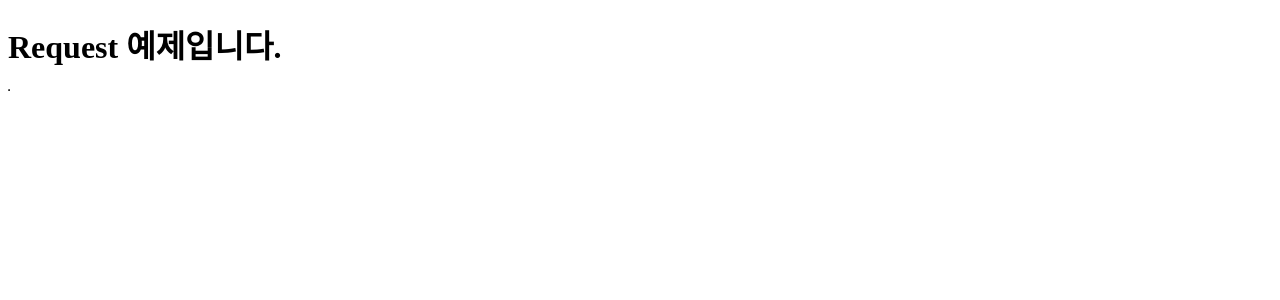
Repository: hyeri-seo/JSP
Page: http://localhost/JspExam5/requestTest1.jsp
An editor plug-in stored every save of this project. The page is shown before and after the next save, followed by the edit.
The browser window is 1280 px wide. The pictures show the whole page.
The page is served by Tomcat 9. Other server files are loaded and not shown.

Above is the page before, as saved 2023-09-20 03:41:33.

### JspExam5/src/main/webapp/requestTest1.jsp
<%@ page language="java" contentType="text/html; charset=UTF-8"
    pageEncoding="UTF-8"%>
<!DOCTYPE html>
<html>
<head>
<meta charset="UTF-8">
<title>Insert title here</title>
</head>
<body>
<h1>Request 예제입니다.</h1>
<table border="1" style="width:'400px'">
</table>
</body>
</html>

After the next save:
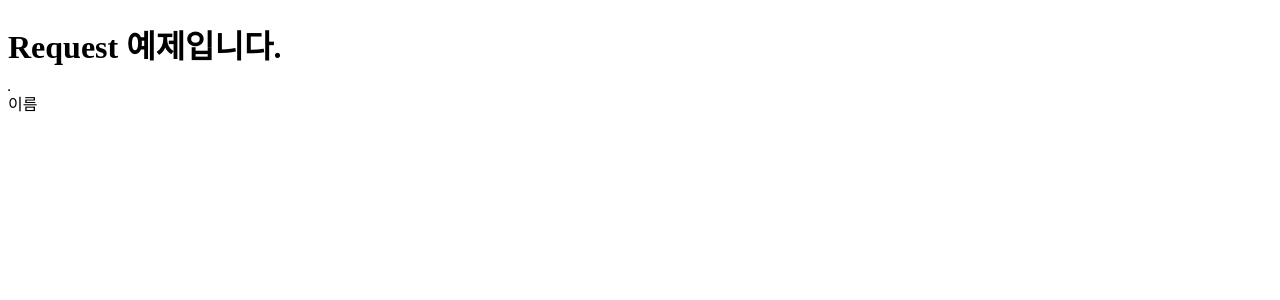
Saved 32 s later.
--- a/JspExam5/src/main/webapp/requestTest1.jsp
+++ b/JspExam5/src/main/webapp/requestTest1.jsp
@@ -10,5 +10,9 @@
 <h1>Request 예제입니다.</h1>
 <table border="1" style="width:'400px'">
 </table>
+	<tr>
+		<td>이름</td>
+		<td></td>
+	</tr>
 </body>
 </html>
